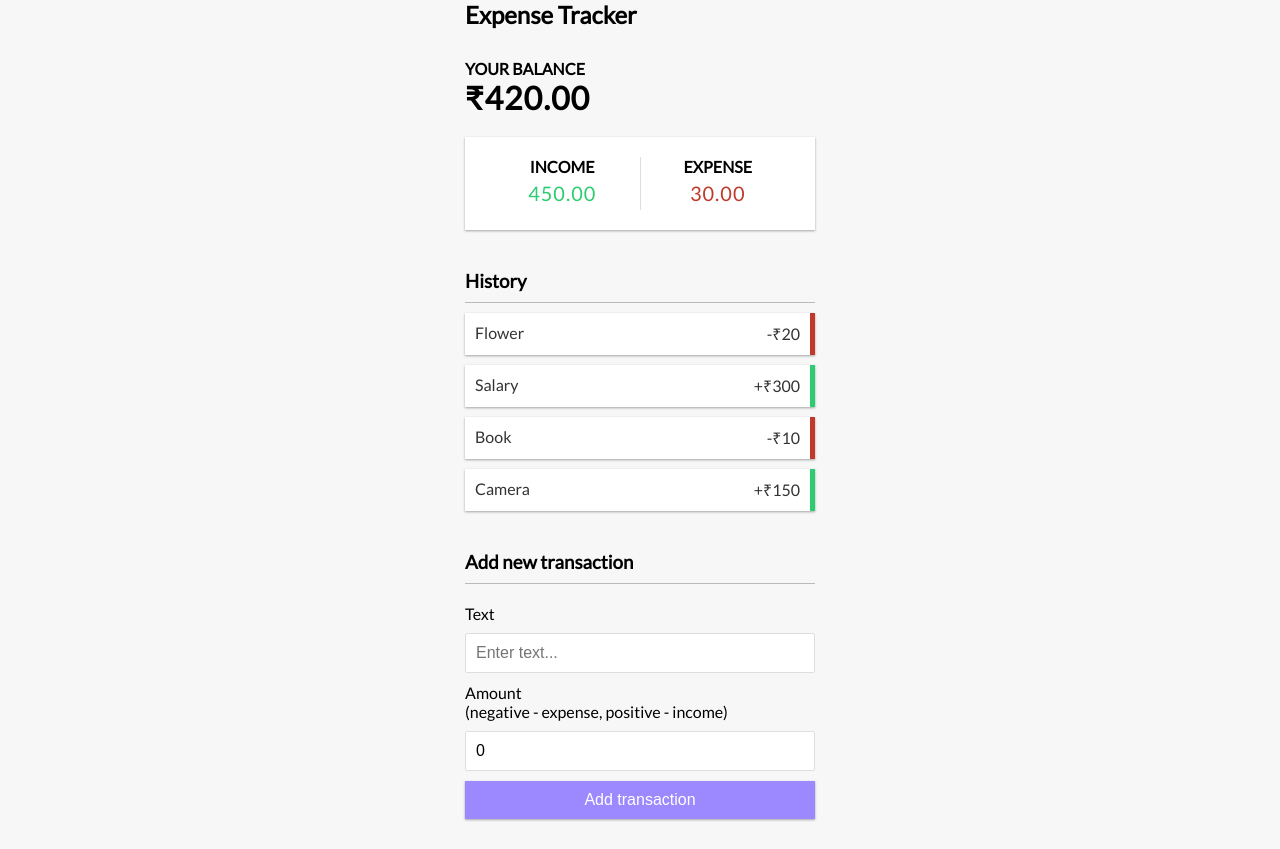
Repository: ramtoppo12/expense_frontend
Page: /
An editor plug-in stored every save of this project. The page is shown before and after the next save, followed by the edit.
The browser window is 1280 px wide. The pictures show the whole page.
The page's requests for data from a server got no answer. The project was rebuilt for these pictures with package versions that can differ from the ones it lists, and the page was loaded fresh each time. No one was signed in, and anything a server would have sent is missing.

Above is the page before, as saved 2020-11-20 23:37:44.

### src/Header.js
import React from 'react';
import axios from "axios";

export default function Header() {

    return (
        <>
            <h2>Expense Tracker</h2>

        </>
    )
}

### src/IncomeExpense.js
import React,{useContext} from 'react';
import { GlobalContext } from "./GlobalState";


export default function IncomeExpense() {
  const { transections }  = useContext(GlobalContext);


  const amounts = transections.map(transection => transection.amount);

  const income = amounts
    .filter(item => item > 0)
    .reduce((acc, item) => (acc += item), 0)
    .toFixed(2);

  const expense = (
    amounts.filter(item => item < 0).reduce((acc, item) => (acc += item), 0) *
    -1
  ).toFixed(2);
    return (
          <div className="inc-exp-container">
        <div>
          <h4>Income</h4>
          <p className="money plus">{income}</p>
        </div>
        <div>
          <h4>Expense</h4>
          <p className="money minus">{expense}</p>
        </div>
      </div>
    )
}

### src/Balance.js
import React,{useContext} from 'react';
import { GlobalContext } from "./GlobalState";


export default function Balance() {
  const { transections }  = useContext(GlobalContext);
  const amounts = transections.map(transection => transection.amount);

  const total = amounts.reduce((acc, item) => (acc += item), 0).toFixed(2);

    return (
        <div>
             <h4>Your Balance</h4>
    <h1 id="balance">₹{total}</h1>
        </div>
    )
}

### src/History.js
import React,{ useContext } from 'react';
import { GlobalContext } from "./GlobalState";
import Transection from './Transection';

export default function History() {
  const { transections }  = useContext(GlobalContext);

    return (
        <>
          <h3>History</h3>
      <ul id="list" className="list">
         {transections.map(transection => (<Transection key={ transection.id } transection={ transection } />))}
      </ul>
        </>
    )
}

### src/AddnewTransection.js
import React, { useState } from 'react'

export default function AddnewTransection() {

    const [text,setText] = useState('');
    const [amount,setAmount] = useState(0);


    return (
        <>
            <h3>Add new transaction</h3>
      <form>
        <div className="form-control">
          <label htmlFor="text">Text</label>
          <input type="text" value={text} onChange={(e)=>setText(e.target.value)} placeholder="Enter text..." />
        </div>
        <div className="form-control">
          <label htmlFor="amount"
            >Amount <br />
            (negative - expense, positive - income)</label
          >
          <input type="number" value={amount} onChange={(e)=>setAmount(e.target.value)}  placeholder="Enter amount..." />
        </div>
        <button className="btn" type="submit">Add transaction</button>
      </form>
        </>
    )
}

### src/GlobalState.js
import React,{createContext,useReducer} from "react";
import AppReducer from "./AppReducer";

//initial state

const initialState ={
    transections: [
   { id: 1, text: 'Flower', amount: -20 },
   { id: 2, text: 'Salary', amount: 300 },
   { id: 3, text: 'Book', amount: -10 },
   { id: 4, text: 'Camera', amount: 150 }
],
}

// create context
export const GlobalContext = createContext(initialState);

//provider component
export const GlobalProvider = ({children}) =>{
    const [state,dispatch] = useReducer(AppReducer,initialState);
    return(<GlobalContext.Provider value={{
        transections:state.transections
    }}>
        {children}
    </GlobalContext.Provider>)
}

### src/Transection.js
import React from 'react';


export default function Transection({transection}) {
     const sign = transection.amount < 0 ? '-' : '+';
    return (
        <li className={transection.amount < 0 ? "minus":"plus"}>
          {transection.text} <span>{sign}₹{Math.abs(transection.amount)}</span><button className="delete-btn">x</button>
        </li>
    )
}

### src/AppReducer.js
export default (state,action) =>{
    switch(action.type){
        default:
            return state;
    }
}

Loaded but not shown: public/index.html (common file); src/index.js (common file); src/index.css (common file); src/App.js (common file); src/reportWebVitals.js (common file); src/App.css (common file)

After the next save:
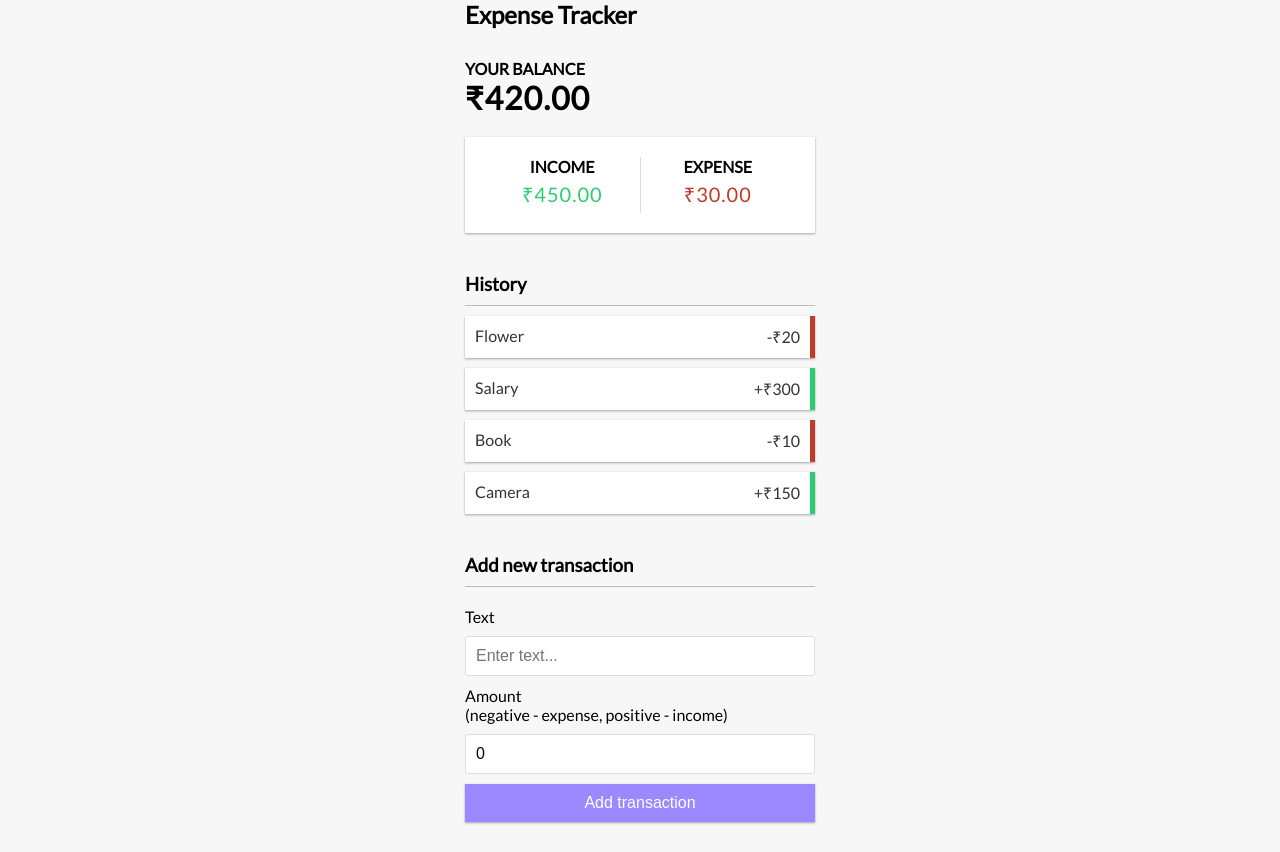
Saved 30 s later.
--- a/src/IncomeExpense.js
+++ b/src/IncomeExpense.js
@@ -21,11 +21,11 @@ export default function IncomeExpense() {
           <div className="inc-exp-container">
         <div>
           <h4>Income</h4>
-          <p className="money plus">{income}</p>
+          <p className="money plus">₹{income}</p>
         </div>
         <div>
           <h4>Expense</h4>
-          <p className="money minus">{expense}</p>
+          <p className="money minus">₹{expense}</p>
         </div>
       </div>
     )
